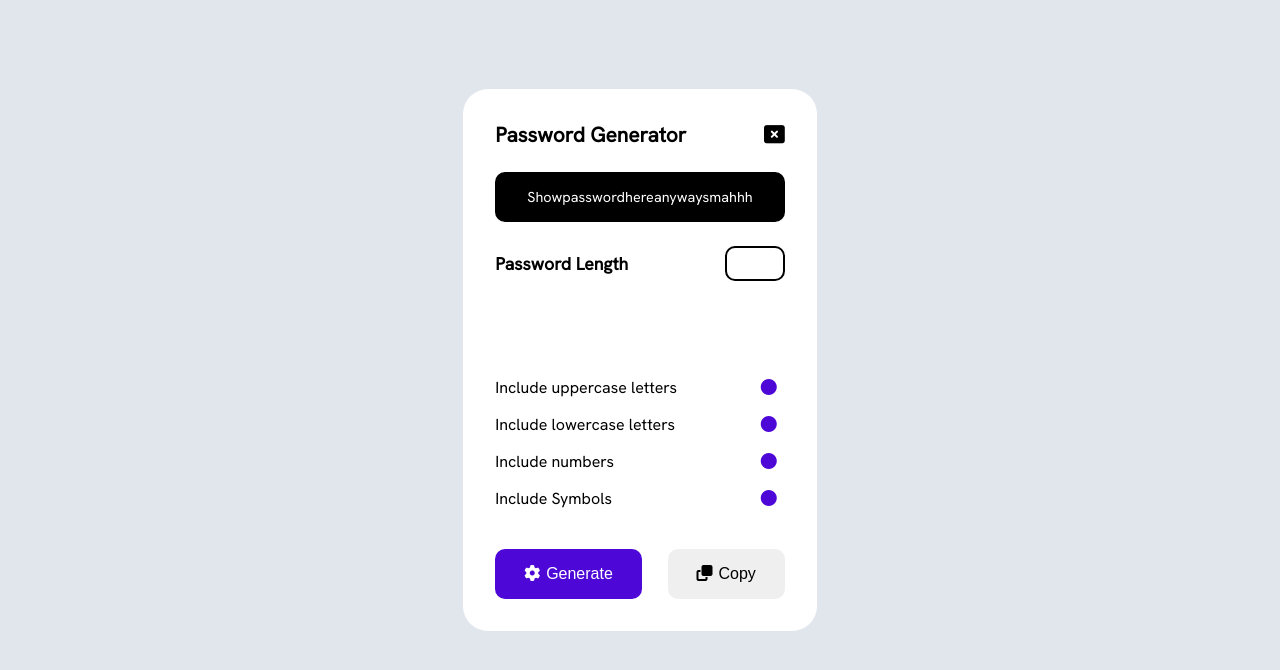
Repository: emiliaiwu/password_generator
Page: index.html
These files come from the project's save history. The page is drawn as it stood at one moment and after the next save; the edit follows.
The browser window is 1280 px wide. The pictures show the whole page.
Some web libraries are served in a nearby version.

Above is the page before, as saved 2022-12-14 04:51:05.

### index.html
<!DOCTYPE html>
<html lang="en">
<head>
    <meta charset="UTF-8">
    <meta http-equiv="X-UA-Compatible" content="IE=edge">
    <meta name="viewport" content="width=device-width, initial-scale=1.0">
    <link rel="stylesheet" href="style.css">
    <script src="https://kit.fontawesome.com/fd9c36575f.js" crossorigin="anonymous"></script>
    <title>Password Generator</title>
</head>
<body>
    <div class="container">
        <div class="title">
            <h2>Password Generator</h2>
            <i class="fa-solid fa-rectangle-xmark"></i>
        </div>

        <div class="display_password">
            <p>Showpasswordhereanywaysmahhh</p>
        </div>

        <div class="password_attributes">
            <div class="password_length">
                <h3>Password Length</h3>
                <input type="text">
            </div>

            <div class="password_includes">
                <ul>
                    <li class="list">
                        <label for="uppercase" id="uppercase_letters">Include uppercase letters
                            <i class="fa-solid fa-circle"></i>
                            <i class="fa-solid fa-circle-check"></i>
                            <input type="checkbox" name="uppercase" id="uppercase" class="uppercase">
                        </label>
                    </li>
                    <li class="list">
                        <label for="lowercase" id="lowercase_letters">Include lowercase letters
                            <i class="fa-solid fa-circle"></i>
                            <i class="fa-solid fa-circle-check"></i>
                            <input type="checkbox" name="lowercase" id="lowercase" class="lowercase">
                        </label>
                    </li>
                    <li class="list">
                        <label for="numbers" id="include_numbers">Include numbers
                            <i class="fa-solid fa-circle"></i>
                            <i class="fa-solid fa-circle-check"></i>
                            <input type="checkbox" name="numbers" id="numbers" class="numbers">
                        </label>

                    </li>
                    <li class="list">
                        <label for="symbols" id="include_symbols">Include Symbols
                            <i class="fa-solid fa-circle"></i>
                            <i class="fa-solid fa-circle-check"></i>
                            <input type="checkbox" name="symbols" id="symbols" class="symbols">
                        </label>

                    </li>
                </ul>
            </div>
        </div>

        <div class="cta">
            <button class="btn generate"><i class="fa-solid fa-gear"></i>Generate</button>
            <button class="btn copy"><i class="fa-solid fa-clone"></i>Copy</button>
        </div>
    </div>
</body>
</html>

### style.css
@import url('https://fonts.googleapis.com/css2?family=Hanken+Grotesk:wght@300;400&display=swap');


* {
    margin: 0;
    padding: 0;
    box-sizing: border-box;
    list-style-type: none;
}


:root {
    --BG-COLOR: #fff;
    --BG-COLOR2:
}


body {
    width: 100vw;
    height: 100vh;
    font-family: 'Hanken Grotesk', sans-serif;
    display: flex;
    align-items: center;
    justify-content: center;
    color: #000;
    background-color: rgb(224, 230, 236);
}

.container {
    background-color: var(--BG-COLOR);
    display: flex;
    flex-direction: column;
    align-items: left;
    justify-content: space-between;
    gap: 1.5rem;
    padding: 2rem;
    border-radius: 25px;

}

h2 {
   font-size: 1.3rem;
   font-family: inherit;
}

h3 {
    font-size: 1.1rem;
    font-family: inherit;
}

.title,
label,
.password_length,
.cta {
    display: flex;
    align-items: center;
    justify-content: space-between;
}

.fa-rectangle-xmark {
    font-size: 1.3rem;
}

.display_password {
    padding: 1rem 2rem;
    border-radius: 10px;
    background: #000000;
    color: #fff;
    overflow: hidden;
}

.display_password p {
    font-size: .9rem;
    word-wrap: break-word;
}

.password_length {
    margin-bottom: 6rem;
}

.password_length input[type="text"] {
    width: 60px;
    padding: .3rem .7rem;
    font-size: 1.1rem;
    border: 2px solid #000;
    border-radius: 10px;
}

.password_length input[type="text"]:focus {
    outline: none;
}

.list {
    margin-top: 1rem;
}

.list input[type="checkbox"] {
    /* width: 20px; */
    padding: 1rem;

}

label {
     position: relative;
}

.list .fa-solid {
    position: absolute;
    top: 50%;
    right: 0;
    transform: translate(-50%, -50%);
}

.fa-circle {
    color: #4d08d8;
}

.fa-circle-check{
    opacity: 0;
}

.list input {
    opacity: 0;
}


.btn {
    margin-top: 1rem;
    padding: 1rem 1.8rem;
    font-size: 1rem;
    border: none;
    border-radius: 10px;

}

.generate {
    background-color:#4d08d8;
    color: #fff;
}

.btn .fa-solid {
    margin-right: 6px;
}

After the next save:
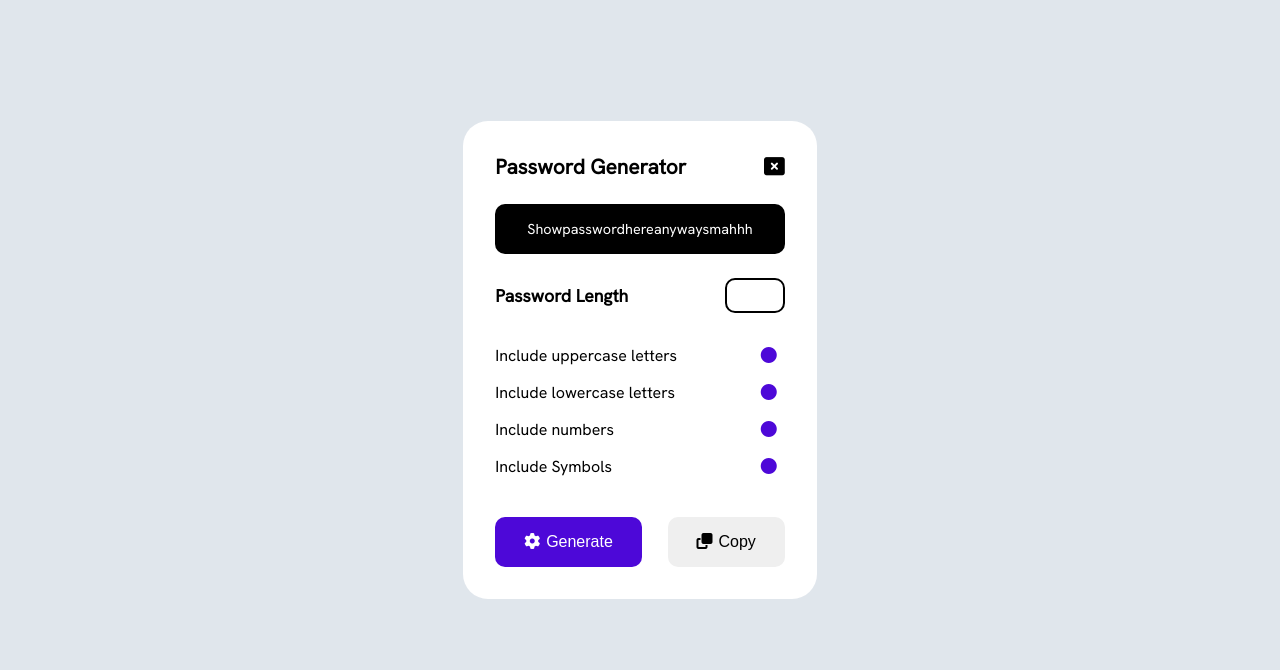
Saved 4 s later.
--- a/style.css
+++ b/style.css
@@ -75,7 +75,7 @@ label,
 }
 
 .password_length {
-    margin-bottom: 6rem;
+    margin-bottom: 2rem;
 }
 
 .password_length input[type="text"] {
